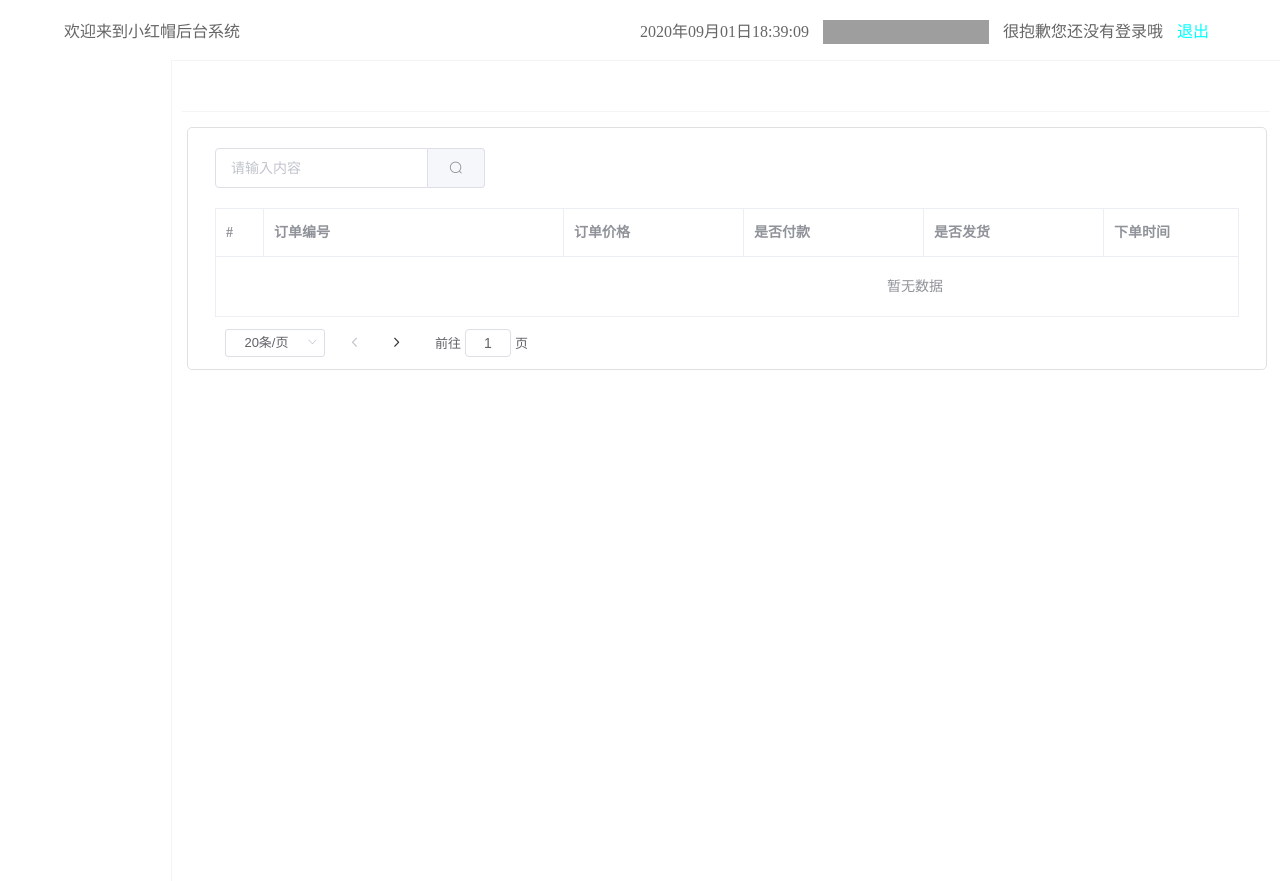
Repository: jinggegeZ/whitesystem
Page: /orders/orders
The author's editor kept a copy of each file at every save. The page is drawn from the files as they stood at one save, then again after the next save.
The browser window is 1280 px wide. The pictures show the whole page.
Pictures or frames that could not be fetched are drawn as grey boxes. The page's requests for data from a server got no answer. The project was rebuilt for these pictures with package versions that can differ from the ones it lists, and the page was loaded fresh each time. No one was signed in, and anything a server would have sent is missing. Also part of the build but not shown: vue.config.js, src/views/Home.vue.

Above is the page before, as saved 2020-09-02 11:08:59.

### public/index.html
<!DOCTYPE html>
<html lang="en">
  <head>
    <meta charset="utf-8">
    <meta http-equiv="X-UA-Compatible" content="IE=edge">
    <meta name="viewport" content="width=device-width,initial-scale=1.0">
    <link rel="icon" href="<%= BASE_URL %>favicon.ico">
    <title><%= htmlWebpackPlugin.options.title %></title>
  </head>
  <body>
    <noscript>
      <strong>We're sorry but <%= htmlWebpackPlugin.options.title %> doesn't work properly without JavaScript enabled. Please enable it to continue.</strong>
    </noscript>
    <div id="app"></div>
    <!-- built files will be auto injected -->

     <!--[if lte IE 9]>
    <div style='position:absolute; top: 50%; left:50%; margin-top: -50px;margin-left: -400px; align-items: center;justify-content: center;'>
      <div style='width: 800px; height: 100px;text-align: center'>
        <h1>
        您的浏览器版本过低 请下载最新的谷歌浏览器
      </h1>
      <div style='text-align: center;width: 800px'>
        <a href=''>下载谷歌浏览器点此链接</a>
      </div>
      </div>
    </div>
  <![endif]-->
  </body>

</html>

### src/main.js
import Vue from "vue";
import App from "./App.vue";
import router from "./router";
import store from "./store";
import './bus'
import ElementUI from 'element-ui'
import 'element-ui/lib/theme-chalk/index.css'
import dayjs from 'dayjs'
import echarts from "echarts"

dayjs().format();
Vue.use(ElementUI)
Vue.config.productionTip = false;
Vue.prototype.$echarts = echarts

new Vue({
  router,
  store,
  render: h => h(App)
}).$mount("#app");

### src/App.vue
<template>
  <div id="app">
    <router-view />
  </div>
</template>

<style lang="scss">
@import '../src/style/style'
</style>

### src/store/index.js
import Vue from "vue";
import Vuex from "vuex";
import user from "./user/user";
import order from "./order/order"

Vue.use(Vuex);

export default new Vuex.Store({
  state: {},
  mutations: {},
  actions: {},
  modules: {
    user,
    order
  }
});

### src/bus/index.js
import Vue from 'vue'
const bus = new Vue()
Vue.prototype.$bus = bus

### src/style/style.css
* {
    margin: 0;
    padding: 0;
}

#app {
    width: 100%;
    height: 100%;
}
.el-menu-item {
    min-width: 100px !important;
}
html {
    width: 100%;
    height: 100%;
}

body {
    width: 100%;
    height: 100%;
}

/* 登录页面 */
.login {
    width: 100%;
    height: 100%;
}

.loginbox {
    width: 100%;
    height: 100%;
    display: flex;
    justify-content: center;
    align-items: center;

}

.loginboximg {
    width: 100%;
    height: 100%;
    position: absolute;

}

.msgbox {
    width: 636px;
    height: 400px;
    background: rgb(255, 255, 255);
    border: 1px solid rgb(204, 204, 204);
    z-index: 99;
    position: absolute;
    border-radius: 5px;
}

.topbox {
    width: 100%;
    height: 79px;
    font-size: 22px;
    display: flex;
    justify-content: space-around;
    align-items: center;
    border-bottom: 1px solid rgb(204, 204, 204);
    font-weight: 700;

}
.el-form {
    width: 100%;
}
.topinpuit {
    width: 100%;
    height: 60px;
    display: flex;
    justify-content: center;
    align-items: center;
}
.topinpuit1 {
    width: 100%;
    height: 60px;
    display: flex;
    justify-content: center;

    margin-top: 20px;
}
.topinputfont {
    width: 100%;
    height: 80px;
    display: flex;
    justify-content: center;
    font-size: 14px;
    align-items: center;
}
.topinpuit1-2 {
    width: 90%;
    display: flex;
    justify-content: center;
    align-items: center;
}
.topinpuit1-1 {
    width: 90%;
    display: flex;
    justify-content: center;
    align-items: center;
}
.submit {
    width: 100%;
    height: 80px;
    display: flex;
    justify-content: center;
    align-items: center;

}
/* layout部分 */
.layout-homebox {
    width: 100%;
    height: 100%;

}
.layout-topbox {
    width: 100%;
    height: 60px;
}
.layout-navbox {
    width: 100%;
    display: flex;

}
.layout-leftbox {
    width: 15%;
    min-height: 800px;
    height: 100%;

}
.layout-sonbox {
    padding: 10px;
    width: 85%;
    min-height: 800px;
    height: 100%;
    border-top: 1px solid rgb(244,244,244);
    border-left: 1px solid rgb(244,244,244);
}
.layout-sonbox-top {
    width: 100%;
    height: 40px;
    border-bottom: 1px solid rgb(244,244,244);
    display: flex;
    align-items: center;
}
.layout-sonbox-top-item {
    padding: 3px 15px;
    font-size: 12px;
    border: 1px solid rgb(224,224,224);
    margin-left: 10px;
    border-radius: 5px;
}
.layout-sonbox-top-item:hover {
    background: rgb(7, 170, 235);
    color: white;
}
.layout-sonbox-top-item:hover .vis {
    visibility: visible;

}
.vis {
    visibility: hidden;
}
.layout-sonbox-top-item2 {
    margin-left: 10px;
    margin-right: 10px;

}
.layout-sonbox-box {
    margin-top: 10px;
}
/* 头部样式 */
.top-Box {
    width: 100%;
    height: 60px;
    display: flex;
    justify-content: center;
    align-items: center;

}
.top-box {
    width: 90%;
    height: 60px;
    display: flex;
    justify-content: space-between;
    align-items: center;
}
.top-box-left {
    width: 50%;
    height: 100%;
    font-size: 16px;
    color: #666;
    display: flex;
    align-items: center;
}
.top-box-right {
    width: 590px;
    height: 100%;
    font-size: 20px;
    color: #666;
    display: flex;
    justify-content: space-around;
    align-items: center;
    font-size: 16px;
}
.logout {
    color: aqua;
}
.weather {
    height: 21px;
}
iframe{
    width: 166px;
}
iframe html{
    width: 166px;
}
iframe body{
    width: 166px;
}

### src/views/layout1/layout.vue
<template>
  <div class="layout-homebox">
    <div class="layout-topbox">
      <topbox></topbox>
    </div>
    <div class="layout-navbox">
      <div class="layout-leftbox">
        <leftbox></leftbox>
      </div>
      <div class="layout-sonbox">
      <used></used>
        <div class="layout-sonbox-box">
          <template>
            <router-view />
          </template>
        </div>
      </div>
    </div>
  </div>
</template>

<script>
import topbox from "../../components/topbox/topbox";
import leftbox from "../../components/leftbox/leftbox";
import used from "../../components/used/used"
export default {
  name: "",
  props: {},
  components: {
    topbox,
    leftbox,
    used
  },
  data() {
    return {};
  },
  methods: {},
  mounted() {},
  watch: {},
  computed: {}
};
</script>

<style scoped lang='scss'>
</style>

### src/views/orderList/OrderList.vue
<template>
  <div class="UserListbox">
    <div class="userListbox">
      <div class="userListbox-serach">
        <div class="userListbox-serach1">
          <div>
            <el-input placeholder="请输入内容" v-model="keyword" class="input-with-select">
              <el-button slot="append" icon="el-icon-search"></el-button>
            </el-input>
          </div>
        </div>
      </div>
      <div class="userListbox-nav">
        <!-- 用户表格 -->
        <div class="list_b">
          <el-table :data="orders" border stripe style="width: 100%">
            <!-- 下标 -->
            <el-table-column label="#" type="index" :index="indexMethod"></el-table-column>
            <!-- 下标 -->
            <el-table-column prop="order_number" label="订单编号" width="300"></el-table-column>
            <!-- 姓名 -->
            <el-table-column prop="order_price" label="订单价格" width="180"></el-table-column>
            <!-- 角色 -->
            <el-table-column prop="pay_status" label="是否付款" width="180"></el-table-column>
            <!-- 电话 -->
            <el-table-column prop="is_send" label="是否发货" width="180"></el-table-column>
            <!-- 下单时间 -->
            <el-table-column prop="create_time" label="下单时间" width="330"></el-table-column>
            <!-- 操作 -->
            <el-table-column label="操作" width="180">
              <template slot-scope="scope">
                <el-tooltip class="item" effect="dark" content="编辑角色" placement="top">
                  <el-button
                    size="mini"
                    type="primary"
                    icon="el-icon-edit"
                    @click="handleEdit(scope.$index, scope.row)"
                  ></el-button>
                </el-tooltip>
                <template>
                  <el-dialog
                    title="编辑信息"
                    :visible.sync="dialogVisible"
                    width="30%"
                    :before-close="handleClose"
                  >
                    <span>编辑信息</span>
                    <span slot="footer" class="dialog-footer">
                      <el-button @click="dialogVisible = false">取 消</el-button>
                      <el-button type="primary" @click="changemsg">确 定</el-button>
                    </span>
                  </el-dialog>
                </template>
                <el-tooltip class="item" effect="dark" content="分配角色" placement="top">
                  <el-button
                    size="mini"
                    type="warning"
                    icon="el-icon-setting"
                    @click="handleshare(scope.$index, scope.row)"
                  ></el-button>
                </el-tooltip>
                <template>
                  <el-dialog
                    title="编辑信息"
                    :visible.sync="dialogVisible2"
                    width="30%"
                    :before-close="handleClose"
                  >
                    <span>123</span>
                    <span slot="footer" class="dialog-footer">
                      <el-button @click="dialogVisible2 = false">取 消</el-button>
                      <el-button type="primary" @click="dialogVisible2 = false">确 定</el-button>
                    </span>
                  </el-dialog>
                </template>
              </template>
            </el-table-column>
          </el-table>
          <!-- 分页 -->
          <div class="fenye">
            <el-pagination
              @size-change="handleSizeChange"
              @current-change="handleCurrentChange"
              :current-page="currentPage4"
              :page-sizes="[20, 40,60, 80]"
              :page-size="20"
              layout="total, sizes, prev, pager, next, jumper"
              :total="total"
            ></el-pagination>
          </div>
        </div>
      </div>
    </div>
  </div>
</template>

<script>
import { createNamespacedHelpers } from "vuex";
const userModule = createNamespacedHelpers("order");
const { mapState, mapActions } = userModule;
export default {
  name: "OrderList",
  props: {},
  components: {},
  data() {
    return {
      keyword: "",
      pagenum: 1,
      pagesize: 20,
      query: "",
      user_id: "",
      pay_status: "",
      is_send: "",
      order_fapiao_title: [],
      order_fapiao_company: "",
      order_fapiao_content: "",
      consignee_addr: "",
      id: "",
      value: true,
      currentPage4: 1,
      tableData: [],
      dialogVisible: false,
      dialogVisible1: false,
      dialogVisible2: false,
      labelPosition: "right"
    };
  },
  methods: {
    //展开符运算
    ...mapActions(["getorders"]),
    // 分页
    handleSizeChange(val) {
      this.$store.dispatch("user/getusers", {
        pagenum: this.pagenum,
        pagesize: val,
        query: this.query
      });
    },
    handleCurrentChange(val) {
      this.pagenum = val;
      this.$store.dispatch("user/getusers", {
        pagenum: val,
        pagesize: this.pagesize,
        query: this.query
      });
    },
    //表格
    handleEdit(index, row) {
      console.log(index, row);
      //打开diolog
      this.dialogVisible = true;
      this.formLabelAlign.name = row.username;
      this.formLabelAlign.email = row.email;
      this.formLabelAlign.mobile = row.mobile;
      this.id = row.id;
    },
    changemsg() {
      this.dialogVisible = false;
      //编辑用户请求
      this.changeusermsg({
        id: this.id,
        email: this.formLabelAlign.email,
        mobile: this.formLabelAlign.mobile,
        pagenum: this.pagenum,
        pagesize: this.pagesize,
        query: this.query
      });
    },
    handleClose(done) {
      this.$confirm("确认关闭？")
        .then(() => {
          done();
          this.formLabelAlign.name = "";
          this.formLabelAlign.email = "";
          this.formLabelAlign.email = "";
        })
        .catch(() => {});
    },
    //分配角色
    handleshare(index, row) {
      console.log(index, row);
      this.dialogVisible2 = true;
    },
    handleClose1(done) {
      this.$confirm("确认关闭？")
        .then(() => {
          done();
          this.formLabelAlign.name = "";
          this.formLabelAlign.email = "";
          this.formLabelAlign.email = "";
        })
        .catch(() => {});
    },
    //获取下标
    indexMethod(index) {
      return index * 1;
    },
    //获取用户列表
    getOrders() {
      this.$store.dispatch("order/getorders", {
        pagenum: this.pagenum,
        pagesize: this.pagesize,
        query: this.query,
        user_id: this.user_id,
        pay_status: this.pay_status,
        is_send: this.is_send,
        order_fapiao_title: this.order_fapiao_title,
        order_fapiao_company: this.order_fapiao_company,
        order_fapiao_content: this.order_fapiao_content,
        consignee_addr: this.consignee_addr
      });
      // console.log(this.tableData );
    }
  },
  mounted() {
    this.getOrders();
  },
  watch: {},
  computed: {
    ...mapState(["orders", "total"])
  }
};
</script>

<style scoped lang='scss'>
.UserListbox {
  padding: 5px;
}
.userListbox {
  width: 100%;
  border: 1px solid rgb(224, 224, 224);
  border-radius: 5px;
}
.list_b {
  width: 95%;
  height: 95%;
}
.userListbox-nav {
  width: 100%;
  display: flex;
  justify-content: center;
  align-items: center;
}
.userListbox-serach {
  width: 100%;
  height: 80px;
  display: flex;
  align-items: center;
  justify-content: center;
}
.userListbox-serach1 {
  width: 95%;
  display: flex;
  align-items: center;
}
.serachbox {
  width: 47px;
  height: 39px;
  display: flex;
  justify-content: center;
  align-items: center;
}

.adduser {
  width: 80px;
  height: 40px;
  display: flex;
  justify-content: center;
  align-items: center;
  color: white;
  font-size: 12px;
  background: rgb(64, 158, 255);
  margin-left: 30px;
  border-radius: 5px;
}
.fenye {
  margin-top: 10px;
  margin-bottom: 10px;
}
</style>

### src/store/order/order.js
import api from '../../http/api'
import { Message } from 'element-ui'
// import Vue from 'vue'

export default {
  // 开启命名空间 这个文件就是单独的一个vuex的模块
  namespaced: true,
  state: {
    orders: []
  },
  mutations: {
    setMenus(state, data) {
      state.orders = data
    },
    settotal(state, data) {
      state.total = data
    },
  },
  actions: {
    async getorders({ commit }, { query, pagenum, pagesize, user_id, pay_status, is_send, order_fapiao_title, order_fapiao_company, order_fapiao_content, consignee_addr }) {
      try {
        let res = await api.getorders({
          pagenum,
          pagesize,
          query,
          user_id,
          pay_status,
          is_send,
          order_fapiao_title,
          order_fapiao_company,
          order_fapiao_content,
          consignee_addr
        })
        if (res.meta.status === 200) {
          console.log(res.data);
          commit('setMenus', res.data.goods)
          commit('settotal', res.data.total)
        } else {
          Message.error(res.meta.msg)
        }
      } catch (err) {
        console.log(err);
      }
    }
  },
}

### src/components/topbox/topbox.vue
<template>
  <div>
    <div class="top-Box">
      <div class="top-box">
        <div class="top-box-left">欢迎来到小红帽后台系统</div>
        <div class="top-box-right">
          <div>{{ nowDate }}{{ nowTime }}</div>
          <div class="weather"><iframe scrolling="no" src="https://tianqiapi.com/api.php?style=tf&skin=cherry" frameborder="0" width="400" height="24" allowtransparency="true"></iframe></div>
          <div v-if="this.adminUser">亲爱的：{{adminUser.username}}</div>
          <div v-else>很抱歉您还没有登录哦</div>
          <div @click="logout" class="logout">退出</div>
        </div>
      </div>
    </div>
  </div>
</template>
<script>
export default {
  name: "",
  props: {},
  components: {},
  data() {
    return {
      nowDate: null, //存放年月日变量
      nowTime: null, //存放时分秒变量
      timer: "", //定义一个定时器的变量
      currentTime: new Date(), // 获取当前时间
      adminUser:[], //获取用户信息
      adminToken:"", //获取令牌
    };
  },
  methods: {
    //获取时间
    getTime() {
      const date = new Date();
      const year = date.getFullYear();
      const month = date.getMonth() + 1;
      const day = date.getDate();
      const hour = date.getHours();
      const minute = date.getMinutes();
      const second = date.getSeconds();
      this.month = check(month);
      this.day = check(day);
      this.hour = check(hour);
      this.minute = check(minute);
      this.second = check(second);
      function check(i) {
        const num = i < 10 ? "0" + i : i;
        return num;
      }
      this.nowDate = year + "年" + this.month + "月" + this.day + "日";
      this.nowTime =
        this.hour + ":" + this.minute + ":" + this.second ;
    },
    //退出登录
    logout(){
      localStorage.removeItem('adminUser')
      this.$router.push('/login')
    },

  },
  mounted() {
    //获取时间
    this.timer = setInterval(this.getTime, 1000);
    //获取个人信息
    this.adminUser = JSON.parse(localStorage.getItem('adminUser'))
    this.adminToken = localStorage.getItem('adminToken')




  },
  beforeDestroy() {
    if (this.timer) {
      clearInterval(this.timer); // 在Vue实例销毁前，清除定时器
    }

  },
  watch: {},
  computed: {

  }
};
</script>

<style scoped lang='scss'>
</style>

### src/components/leftbox/leftbox.vue
<template>
  <div>
    <el-menu :default-active="$route.path" unique-opened router>
      <template v-for="item in menus">
        <el-submenu :index="item.path" :key="item.id" v-if="item.children">
          <template slot="title">
            <i :class="item.icon"></i>
            <span>{{ item.authName }}</span>
          </template>
          <el-menu-item-group>
            <el-menu-item
              :index="children.path"
              v-for="children in item.children"
              :key="children.path"
            >
              <i :class="children.icon"></i>
              <span
                slot="title"
                @click="chose(children.path, children.authName)"
              >{{ children.authName }}</span>
            </el-menu-item>
          </el-menu-item-group>
        </el-submenu>
        <el-menu-item :index="item.path" :key="item.path" v-else>
          <span slot="title">{{ item.authName }}</span>
        </el-menu-item>
      </template>
    </el-menu>
  </div>
</template>

<script>
import { createNamespacedHelpers } from "vuex";
const userModule = createNamespacedHelpers("user");
const { mapState: userState, mapActions: userActions } = userModule;
export default {
  name: "",
  props: {},
  components: {},
  data() {
    return {
      activeIndex: "/index",
      addresslist: []
    };
  },
  methods: {
    ...userActions(["getMenus"]),
    //选择子元素
    chose(path, name) {
      console.log(path, name);
      let arr = JSON.parse(localStorage.getItem("uesdTabs"));
      if (arr) {
        // 去重
        let length = arr.filter(item => {
          return item.path === path;
        }).length;

        if (length === 0) {
          arr.push({
            path: path,
            name: name
          });
        }
      } else {
        arr = [];
        arr.push({
          path: path,
          name: name
        });
      }
      localStorage.setItem("uesdTabs", JSON.stringify(arr));
    }
  },
  mounted() {
    this.getMenus();
  },
  watch: {},
  computed: {
    ...userState(["menus"])
  }
};
</script>

<style scoped lang='scss'>
</style>

### src/components/used/used.vue
<template>
  <div>
    <div class="layout-sonbox-top" >
      <div class="layout-sonbox-top-item" v-for="item in Tabs" :key="item.path">
        <span class="vis">●</span> <span class="layout-sonbox-top-item2">{{item.name}}</span><span class="vis" @click="deletes(item)">X</span>
      </div>
    </div>
  </div>
</template>

<script>
export default {
  name: "used",
  props: {},
  components: {},
  data() {
    return {
      Tabs: []
    };
  },
  methods: {
    //获取local
    getlocal(){
      if (localStorage.getItem("uesdTabs")) {
      this.Tabs = JSON.parse(localStorage.getItem("uesdTabs"))
      // console.log(this.Tabs);
    }
    },
    //删除元素
    deletes(item){
      console.log(item);
    }
  },
  mounted() {
  this.getlocal()
  },
  watch: {
        // 监听路由跳转
    "$route.path": {
      handler(val) {
        this.getlocal();
        console.log("菜单：", val);
        this.currentPath = val; //val是路由跳转的path
      },
      immediate: true, //立即执行
    },
  },
  computed: {

  }
};
</script>

<style scoped lang='scss'>
</style>

### src/http/index.js
import axios from 'axios'
import nprogress from 'nprogress'
import {Message} from 'element-ui'

// 运行环境: 本地环境:devlpment 和线上(生产)环境: production
const isPro = process.env.NODE_ENV === 'production'

// 创建一个axios的实例
const service = axios.create({
  // 基础路径: 需要根据当前的运行环境来判断
  baseURL: isPro ? '线上的接口路径' : '/api',
  // 超时时间
  timeout: 100000
})


// 请求拦截: 每一次发请求都会做的事情
service.interceptors.request.use((config) => {
  nprogress.start()
  // 前后端鉴权
  // jwt: JSON WEB TOKEN
  // 登录成功之后 后端会返回一个令牌
  let token = localStorage.getItem('adminToken')
  if (token) {
    // 需要在请求头当中添加token
    config.headers['Authorization'] = token
  }
  return config
}, err => {
  nprogress.done()
  return Promise.reject(err)
})


// 响应拦截: 每一次接口返回数据的时候都会做的事情
service.interceptors.response.use((res) => {
  nprogress.done()
  return res.data
}, err => {
  if (err.response && err.response.status) {
    // 错误请求的状态码
    let status = err.response.status
    if (status === 400) {
      Message.error('参数错误')
    }
    if (status === 401) {
      Message.error('登录过期,请重新登录')
    }
    if (status === 403) {
      Message.error('没有权限')
    }
    if (status === 404) {
      Message.error('接口路径错误')
    }
    if (status === 500) {
      Message.error('服务器出错')
    }
    if (status === 503) {
      Message.error('服务器在维护')
    }
  }
  return Promise.reject(err)
})


export default service

Loaded but not shown: src/store/user/user.js (179 lines, source omitted); src/router/index.js (183 lines, source omitted); src/http/api.js (48 lines, source omitted)

After the next save:
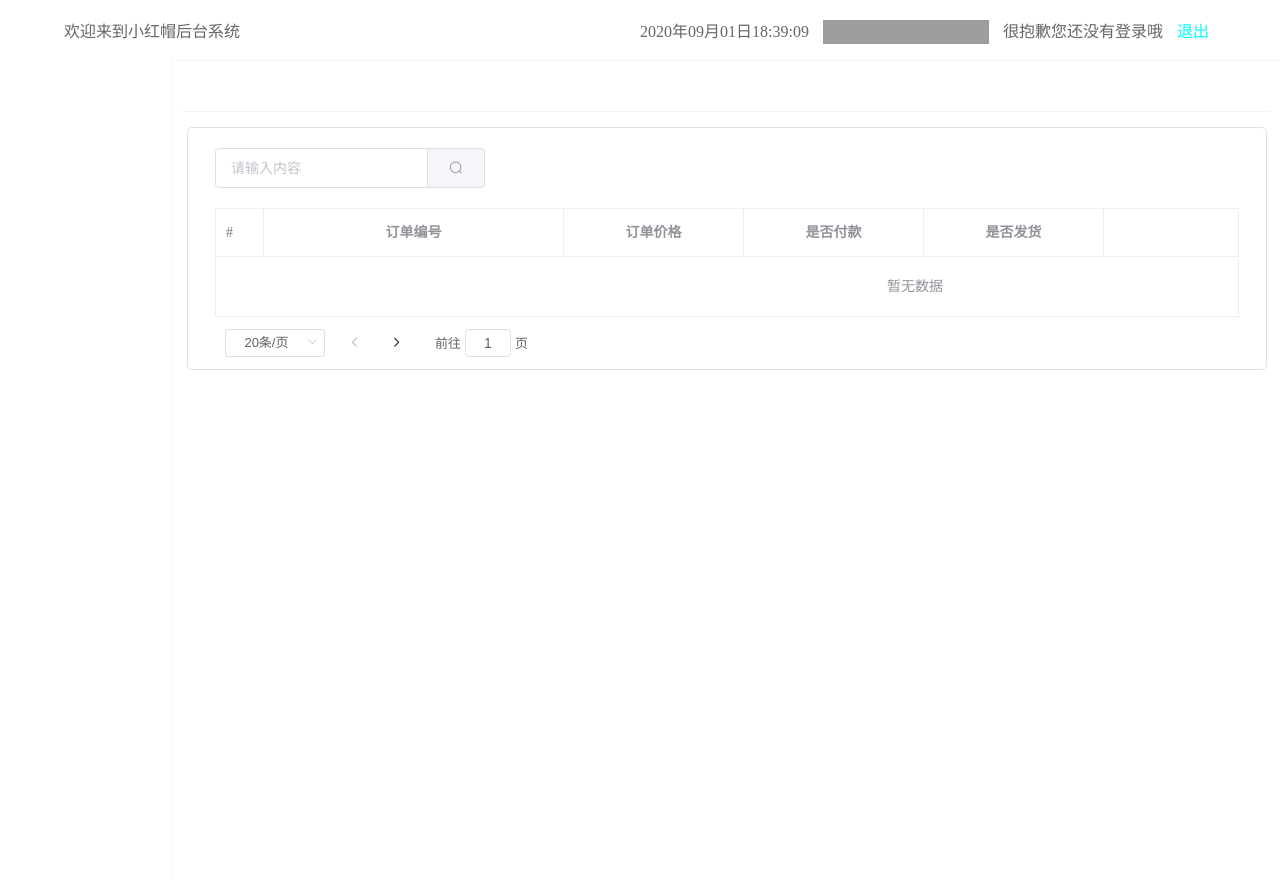
Saved 25 s later.
--- a/src/views/orderList/OrderList.vue
+++ b/src/views/orderList/OrderList.vue
@@ -17,15 +17,15 @@
             <!-- 下标 -->
             <el-table-column label="#" type="index" :index="indexMethod"></el-table-column>
             <!-- 下标 -->
-            <el-table-column prop="order_number" label="订单编号" width="300"></el-table-column>
+            <el-table-column prop="order_number" label="订单编号" width="300" align="center"></el-table-column>
             <!-- 姓名 -->
-            <el-table-column prop="order_price" label="订单价格" width="180"></el-table-column>
+            <el-table-column prop="order_price" label="订单价格" width="180" align="center"></el-table-column>
             <!-- 角色 -->
-            <el-table-column prop="pay_status" label="是否付款" width="180"></el-table-column>
+            <el-table-column prop="pay_status" label="是否付款" width="180" align="center"></el-table-column>
             <!-- 电话 -->
-            <el-table-column prop="is_send" label="是否发货" width="180"></el-table-column>
+            <el-table-column prop="is_send" label="是否发货" width="180" align="center"></el-table-column>
             <!-- 下单时间 -->
-            <el-table-column prop="create_time" label="下单时间" width="330"></el-table-column>
+            <el-table-column prop="create_time" label="下单时间" width="330" align="center"></el-table-column>
             <!-- 操作 -->
             <el-table-column label="操作" width="180">
               <template slot-scope="scope">
